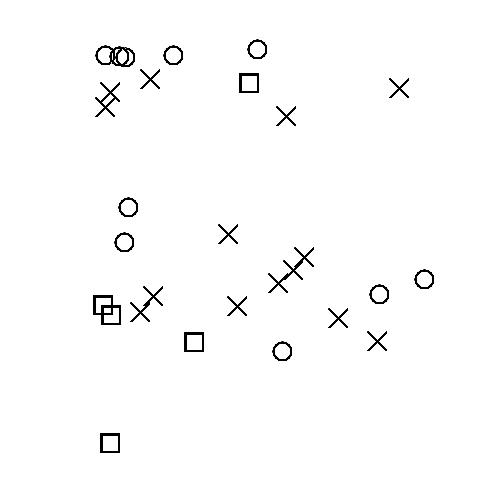
Repository: benceluzsinszky/rock-paper-scissors-simulation-pygame
Script's output: python main.py
The author's editor kept a copy of each file at every save. The script's output is drawn from the files as they stood at one save, then again after the next save.
The window is shown after at most 60 frames with no key pressed. Random numbers start from a fixed seed. It also reads sprites/paper.png, sprites/rock.png, sprites/scissors.png.

Above is the script's output before, as saved 2023-04-24 21:03:36.

After the next save:
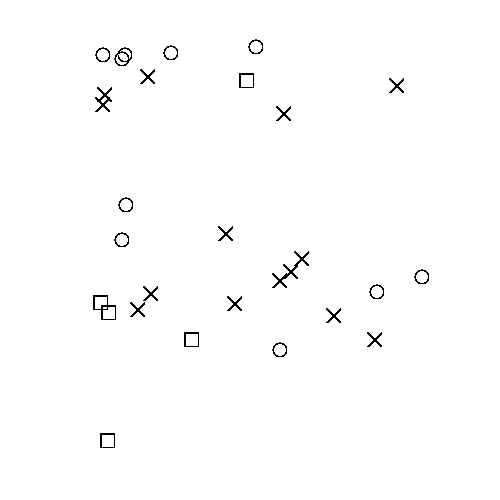
Saved 7 s later.
--- a/sprites.py
+++ b/sprites.py
@@ -12,7 +12,7 @@ class Sprite(Sprite):
         super().__init__()
         self.screen = game.screen
         self.image = pygame.image.load(f"sprites/{character}.png")
-        self.image = pygame.transform.scale(self.image, (20, 20))
+        self.image = pygame.transform.scale(self.image, (15, 15))
         self.image.set_colorkey((255, 255, 255))
         self.rect = self.image.get_rect()
         self.rect.x = location[0]
